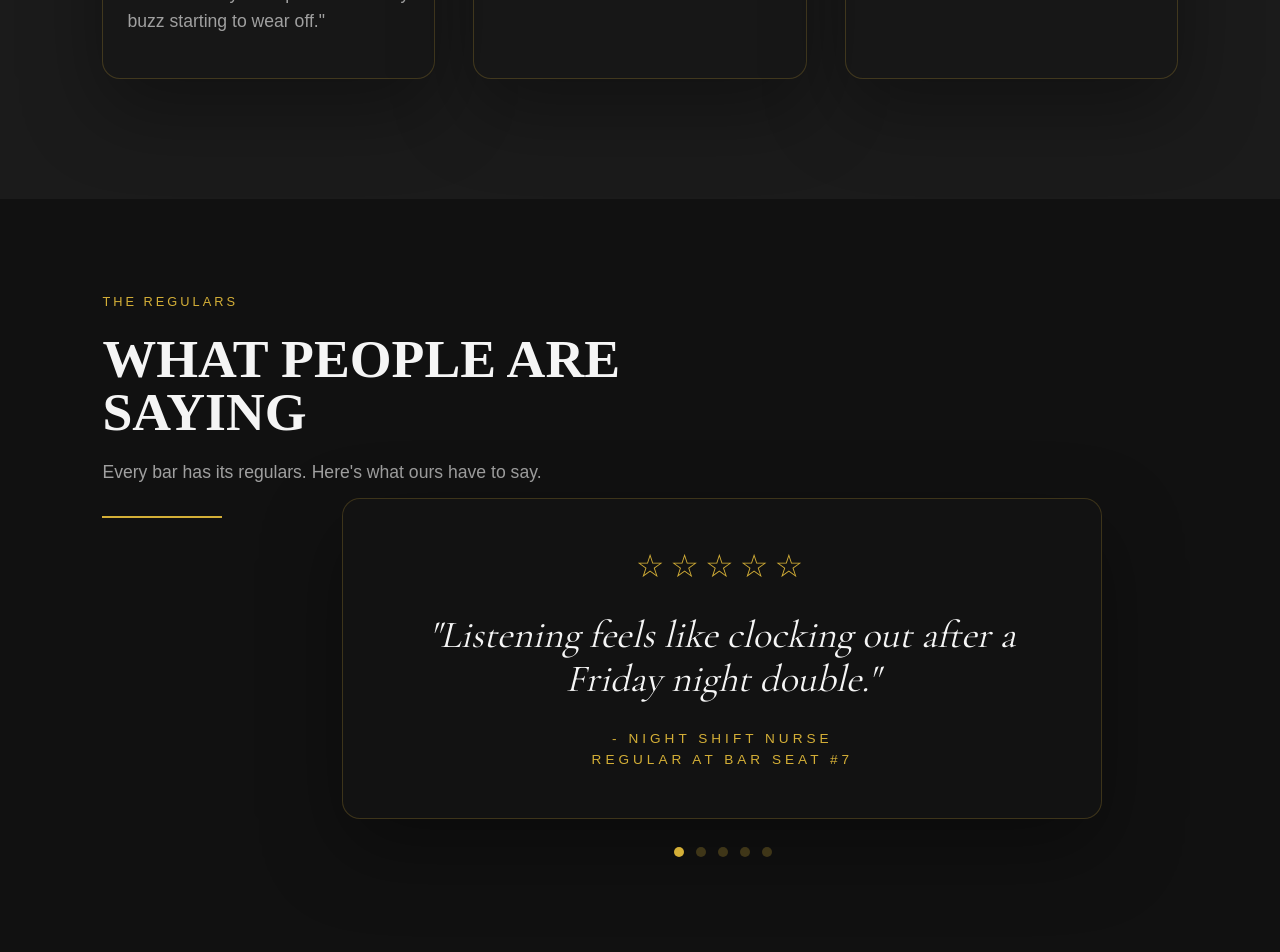
Repository: Gage-Codes/BarRot
Page: css/index.html
An editor plug-in stored every save of this project. The page is shown before and after the next save, followed by the edit.
The browser window is 1280 px wide. The pictures show the part of the page from y = 4304 to 5256 px (the page is 5256 px tall).

Above is the page before, as saved 2026-07-05 15:48:08.

After the next save:
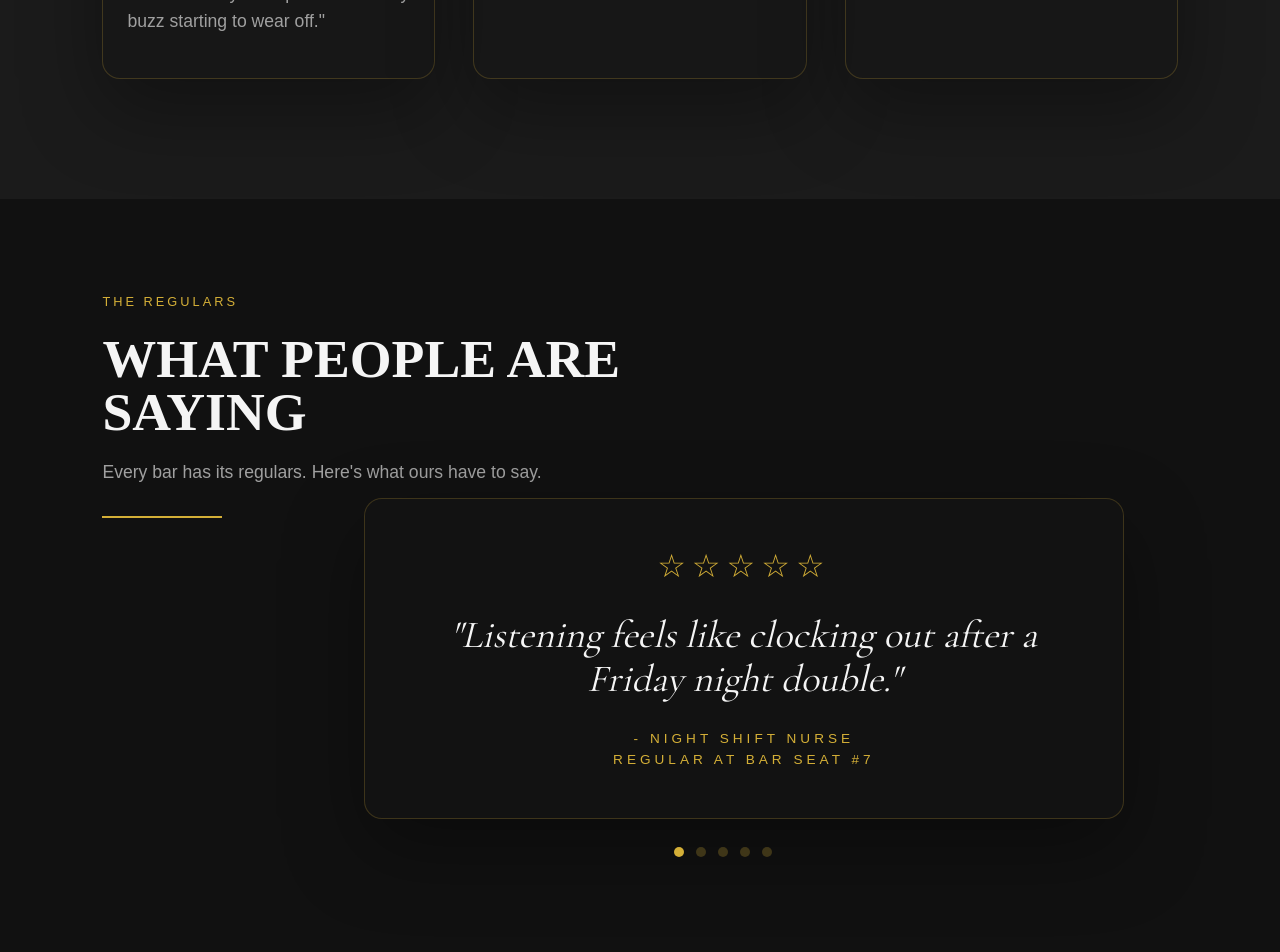
Saved 35 s later.
--- a/css/style.css
+++ b/css/style.css
@@ -544,7 +544,7 @@
     display: flex;
     justify-content: flex-end;
     margin-top: -60px;
-    padding-right: 7%;
+    padding-right: 5%;
 }
 .review-card {
     width: 100%;
